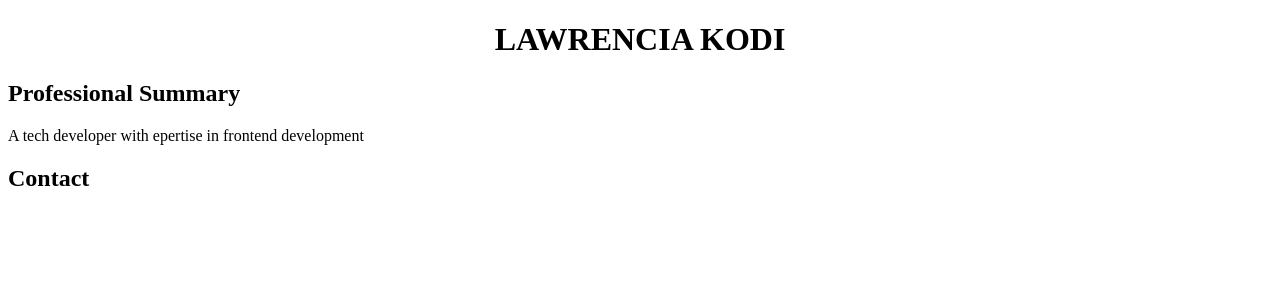
Repository: lawrencia-coder/T4G_CV
Page: index.html
An editor plug-in stored every save of this project. The page is shown before and after a run of saves, followed by the edit.
The browser window is 1280 px wide. The pictures show the whole page.
Some web libraries are served in a nearby version.

Above is the page before, as saved 2026-07-09 07:20:20.

### index.html
<!DOCTYPE html>
<html lang="en">
<head>
    <meta charset="UTF-8">
    <meta name="viewport" content="width=device-width, initial-scale=1.0">
    <script src="https://kit.fontawesome.com/c72fc9c022.js" crossorigin="anonymous"></script>
    <title>T4G_CV</title>
    <link rel="stylesheet" href="style.css">
</head>
<body>
    <h1>LAWRENCIA KODI</h1>
    <div class="cv-container">
        <div class="left column">
            <h2>Professional Summary</h2>
              <p>A tech developer with epertise in frontend development</p>
        </div>
         <div class="right column">
             <h2> Contact</h2>
              <p></p>
         </div>
    </div>

</body>
</html>

### style.css
/* working on my headings */
h1{
    text-align: center;

}

After the next 3 saves:
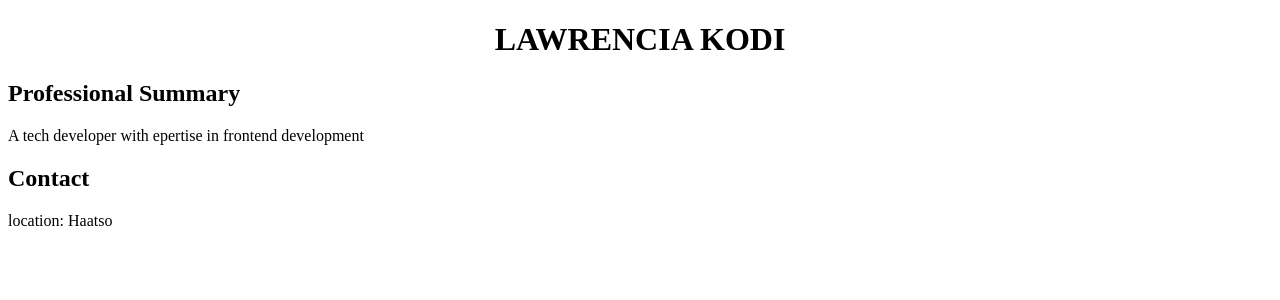
The 3 saves are shown as one change because they came seconds apart.
The last was saved 15 s later.
--- a/index.html
+++ b/index.html
@@ -16,7 +16,7 @@
         </div>
          <div class="right column">
              <h2> Contact</h2>
-              <p></p>
+              <p>location: Haatso</p>
          </div>
     </div>
 
